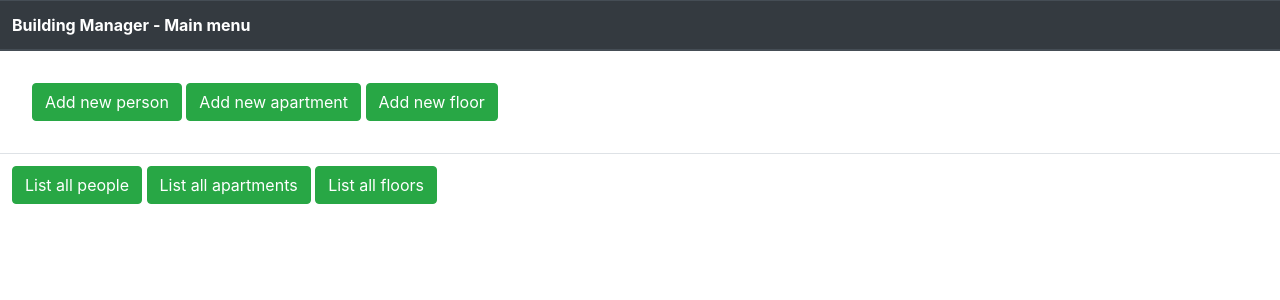
Repository: JMarJus/TalleresDUAL_2
Page: http://localhost/index
The author's editor kept a copy of each file at every save. The page is drawn from the files as they stood at one save, then again after the next save.
The browser window is 1280 px wide. The pictures show the whole page.
The page is this project's Thymeleaf template; nobody is signed in. The template is opened directly, without the code that normally fills it, so the values that code supplies are empty.

Above is the page before, as saved 2023-12-26 00:23:47.
Console error: TypeError: Cannot read properties of undefined (reading 'fn')

### spring01/src/main/resources/templates/index.html
<!DOCTYPE html>
<html xmlns:th="http://www.thymeleaf.org">

<head>
	<meta http-equiv="Content-Type" content="text/html; charset=UTF-8" />
	<title>Spring 01 - Building Management</title>
	<link rel="stylesheet" href="https://stackpath.bootstrapcdn.com/bootstrap/4.3.1/css/bootstrap.min.css">
	<script src="https://stackpath.bootstrapcdn.com/bootstrap/4.3.1/js/bootstrap.min.js"></script>
</head>

<body>
	<table class="table">
		<thead class="thead-dark">
			<tr>
				<th scope="col">Building Manager - Main menu</th>
			</tr>
		</thead>
		<tbody>
			<tr>
				<td>
					<div class="card-body">
					<a th:href="@{/getAddPerson}" class="btn btn-success">Add new person</a>
					<a th:href="@{/getAddApartment}" class="btn btn-success">Add new apartment</a>
					<a th:href="@{/getAddFloor}" class="btn btn-success">Add new floor</a>
					</div>
				</td>
			</tr>
			<tr>
				<td>
					<a th:href="@{/getPeople}" class="btn btn-success">List all people</a>
					<a th:href="@{/getApartments}" class="btn btn-success">List all apartments</a>
					<a th:href="@{/getFloors}" class="btn btn-success">List all floors</a>
				</td>
			</tr>
		</tbody>
	</table>
</body>

</html>

After the next save:
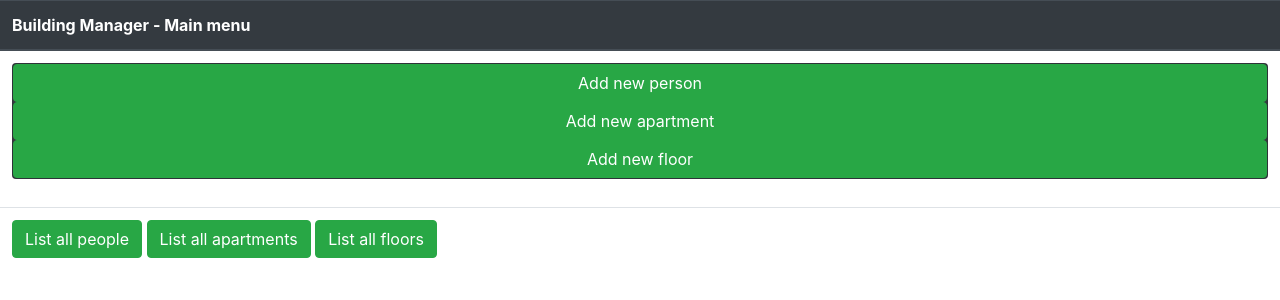
Saved 26 s later.
--- a/spring01/src/main/resources/templates/index.html
+++ b/spring01/src/main/resources/templates/index.html
@@ -18,7 +18,7 @@
 		<tbody>
 			<tr>
 				<td>
-					<div class="card-body">
+					<div class="card text-white bg-dark mb-3">
 					<a th:href="@{/getAddPerson}" class="btn btn-success">Add new person</a>
 					<a th:href="@{/getAddApartment}" class="btn btn-success">Add new apartment</a>
 					<a th:href="@{/getAddFloor}" class="btn btn-success">Add new floor</a>
